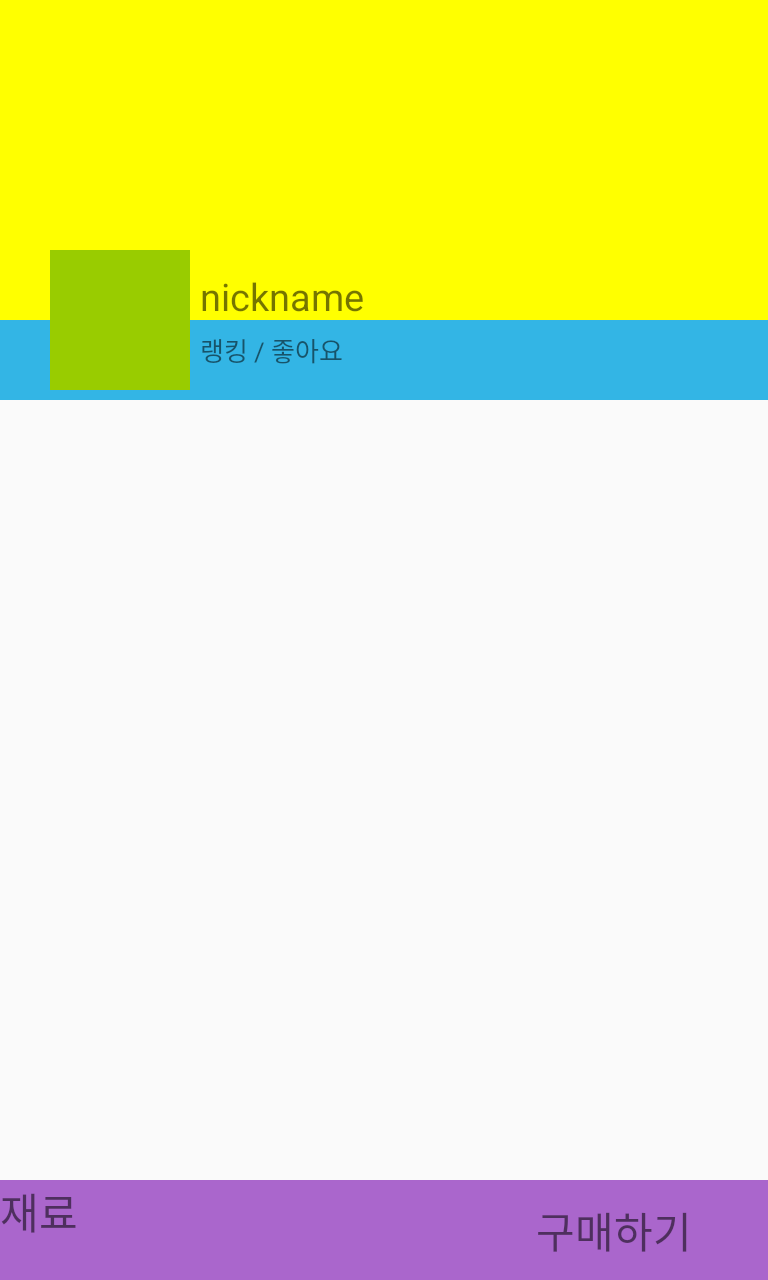
Repository: DAHYEON-PARK/SKP-GROUP
Layout: recipe/res/layout/fragment_category.xml
The author's editor kept a copy of each file at every save. The layout is drawn from the files as they stood at one save, then again after the next save.
It is drawn on a 768 x 1280 px phone screen (xhdpi) without system bars, with theme AppTheme; the app's code is not run.

Above is the layout before, as saved 2015-02-19 11:07:27.

### recipe/res/layout/fragment_category.xml
<?xml version="1.0" encoding="utf-8"?>
<LinearLayout xmlns:android="http://schemas.android.com/apk/res/android"
    android:layout_width="match_parent"
    android:layout_height="match_parent"
    android:orientation="vertical" >

    <FrameLayout
        android:layout_width="match_parent"
        android:layout_height="200dp"
        android:background="@color/blue">

        <ImageView
            android:layout_width="match_parent"
            android:layout_height="160dp"
            android:background="@color/yellow"/>

        <ImageView
            android:layout_width="70dp"
            android:layout_height="70dp"
            android:layout_marginTop="125dp"
            android:layout_marginLeft="25dp"
            android:background="@color/green"/>

        <TextView
            android:layout_width="wrap_content"
            android:layout_height="wrap_content"
            android:text="nickname"
            android:layout_marginTop="135dp"
            android:layout_marginLeft="100dp"
            android:textSize="@dimen/sp18"/>

        <TextView
            android:layout_width="wrap_content"
            android:layout_height="wrap_content"
            android:text="랭킹 / 좋아요"
            android:layout_marginTop="165dp"
            android:layout_marginLeft="100dp"
            android:textSize="@dimen/sp12"/>

    </FrameLayout>

    <ScrollView
        android:layout_width="match_parent"
        android:layout_height="wrap_content"
        android:layout_weight="1">

        <ImageView
            android:layout_width="match_parent"
            android:layout_height="wrap_content" />

    </ScrollView>

    <LinearLayout
        android:layout_width="match_parent"
        android:layout_height="50dp"
        android:orientation="horizontal"
        android:background="@color/purple" >

        <TextView
            android:layout_width="0dp"
            android:layout_height="wrap_content"
            android:layout_weight="3"
            android:text="재료"
            android:textSize="@dimen/sp20"/>

        <TextView
            android:layout_width="0dp"
            android:layout_height="wrap_content"
            android:layout_weight="2"
            android:text="구매하기"
            android:gravity="center"
            android:layout_gravity="center"
            android:textSize="@dimen/sp20"/>
    </LinearLayout>

</LinearLayout>

### recipe/res/values/color.xml
<?xml version="1.0" encoding="utf-8"?>
<resources>
    <item name="blue" type="color">#FF33B5E5</item>
    <item name="purple" type="color">#FFAA66CC</item>
    <item name="green" type="color">#FF99CC00</item>
    <item name="orange" type="color">#FFFFBB33</item>
    <item name="red" type="color">#FFFF4444</item>
    <item name="yellow" type="color">#FFFF00</item>
    <item name="brown" type="color">#A0522D</item>
    <item name="black" type="color">#000000</item>
    <item name="darkblue" type="color">#FF0099CC</item>
    <item name="darkpurple" type="color">#FF9933CC</item>
    <item name="darkgreen" type="color">#FF669900</item>
    <item name="darkorange" type="color">#FFFF8800</item>
    <item name="darkred" type="color">#FFCC0000</item>
</resources>

### recipe/res/values/dimens.xml
<resources>

    <!-- Default screen margins, per the Android Design guidelines. -->
    <dimen name="activity_horizontal_margin">16dp</dimen>
    <dimen name="activity_vertical_margin">16dp</dimen>

    <!--
         Per the design guidelines, navigation drawers should be between 240dp and 320dp:
         https://developer.android.com/design/patterns/navigation-drawer.html
    -->
    <dimen name="navigation_drawer_width">240dp</dimen>

    <dimen name="sp10">11sp</dimen>
    <dimen name="sp11">12sp</dimen>
    <dimen name="sp12">13sp</dimen>
    <dimen name="sp13">14sp</dimen>
    <dimen name="sp14">15sp</dimen>
    <dimen name="sp15">16sp</dimen>
    <dimen name="sp16">17sp</dimen>
    <dimen name="sp17">18sp</dimen>
    <dimen name="sp18">19sp</dimen>
    <dimen name="sp19">20sp</dimen>
    <dimen name="sp20">21sp</dimen>
    <dimen name="sp21">22sp</dimen>
    <dimen name="sp22">23sp</dimen>
    <dimen name="sp23">24sp</dimen>
    <dimen name="sp24">25sp</dimen>
    <dimen name="sp25">26sp</dimen>

</resources>

Loaded but not shown: recipe/res/values/styles.xml (common file); recipe/res/values-v11/styles.xml (common file); recipe/res/values-v14/styles.xml (common file)

After the next save:
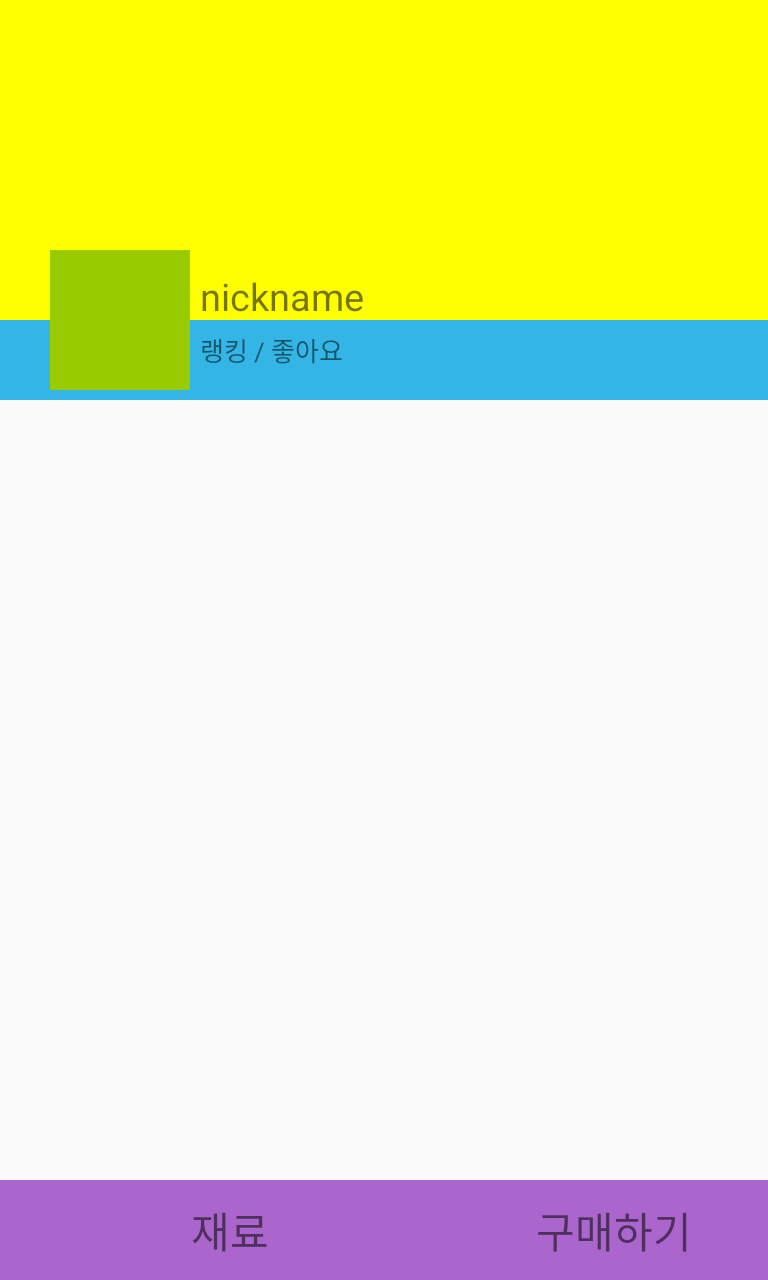
Saved 12 s later.
--- a/recipe/res/layout/fragment_category.xml
+++ b/recipe/res/layout/fragment_category.xml
@@ -61,6 +61,8 @@
             android:layout_height="wrap_content"
             android:layout_weight="3"
             android:text="재료"
+            android:gravity="center"
+            android:layout_gravity="center"
             android:textSize="@dimen/sp20"/>
 
         <TextView
